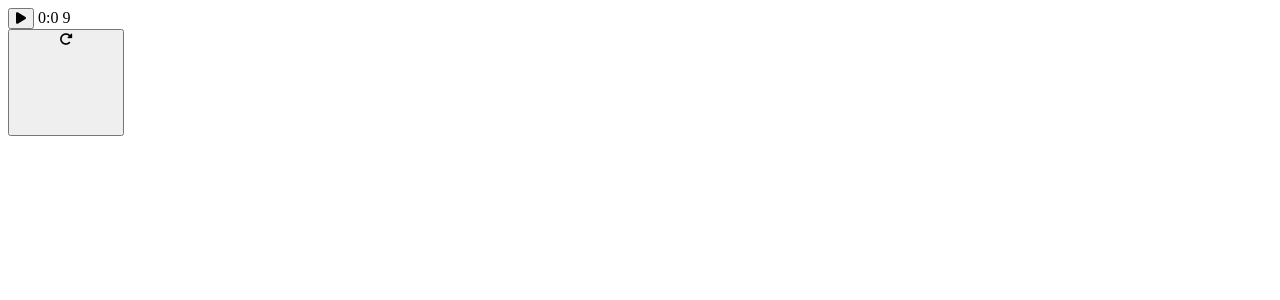
Repository: yoon-dh/JS_Prac
Page: carrot_game/index.html
An editor plug-in stored every save of this project. The page is shown before and after the next save, followed by the edit.
The browser window is 1280 px wide. The pictures show the whole page.
Some web libraries are served in a nearby version.

Above is the page before, as saved 2023-06-23 21:16:32.

### carrot_game/index.html
<!DOCTYPE html>
<html lang="en">
  <head>
    <meta charset="UTF-8" />
    <meta http-equiv="X-UA-Compatible" content="IE=edge" />
    <meta name="viewport" content="width=device-width, initial-scale=1.0" />
    <link rel="stylesheet" href="style.css" />
    <script src="main.js"></script>
    <script
      src="https://kit.fontawesome.com/c0bdee06fd.js"
      crossorigin="anonymous"
    ></script>
    <title>Carrot Game</title>
  </head>
  <body>
    <section class="game">
      <header class="game__header">
        <button class="game__button">
          <i class="fas fa-solid fa-play"></i>
        </button>
        <span class="game__tiemr">0:0</span>
        <span class="game__score">9</span>
      </header>
      <section class="game__field"></section>
    </section>
    <section class="pop-up">
      <button class="pop-up__refresh">
        <i class="fa-solid fa-rotate-right"></i>
      </button>
      <span class="pop-up__message"></span>
    </section>
  </body>
</html>

### carrot_game/style.css
/* body {
  background-color: black;
} */

.carrot_game {
  width: 100%;
  height: auto;
  background-image: url("img/background.png");
  background-size: 100% auto;
}

.fa-rotate-right {
  width: 100px;
  height: 100px;
}

Loaded but not shown: carrot_game/main.js (no stored copy; drawn as an empty file)

After the next save:
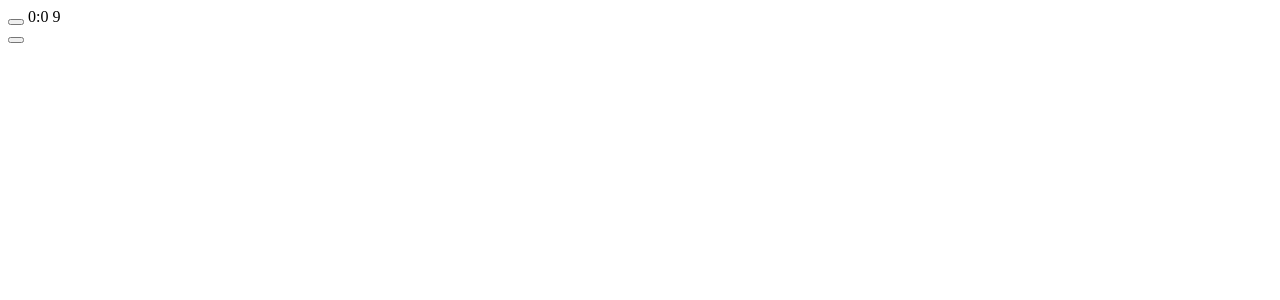
Console error: SyntaxError: Unexpected token '.'
Saved 2 min 52 s later.
--- a/carrot_game/index.html
+++ b/carrot_game/index.html
@@ -6,10 +6,11 @@
     <meta name="viewport" content="width=device-width, initial-scale=1.0" />
     <link rel="stylesheet" href="style.css" />
     <script src="main.js"></script>
-    <script
+    <!-- <script
       src="https://kit.fontawesome.com/c0bdee06fd.js"
       crossorigin="anonymous"
-    ></script>
+    ></script> -->
+    <script src="https://cdnjs.cloudflare.com/ajax/libs/font-awesome/6.4.0/css/all.min.css"></script>
     <title>Carrot Game</title>
   </head>
   <body>

After the save that followed:
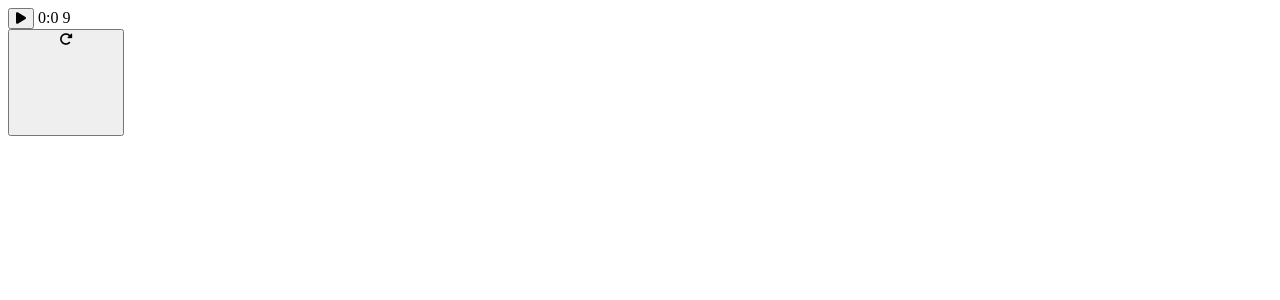
The error is gone.
Saved 9 s later.
--- a/carrot_game/index.html
+++ b/carrot_game/index.html
@@ -6,11 +6,11 @@
     <meta name="viewport" content="width=device-width, initial-scale=1.0" />
     <link rel="stylesheet" href="style.css" />
     <script src="main.js"></script>
-    <!-- <script
+    <script
       src="https://kit.fontawesome.com/c0bdee06fd.js"
       crossorigin="anonymous"
-    ></script> -->
-    <script src="https://cdnjs.cloudflare.com/ajax/libs/font-awesome/6.4.0/css/all.min.css"></script>
+    ></script>
+
     <title>Carrot Game</title>
   </head>
   <body>
